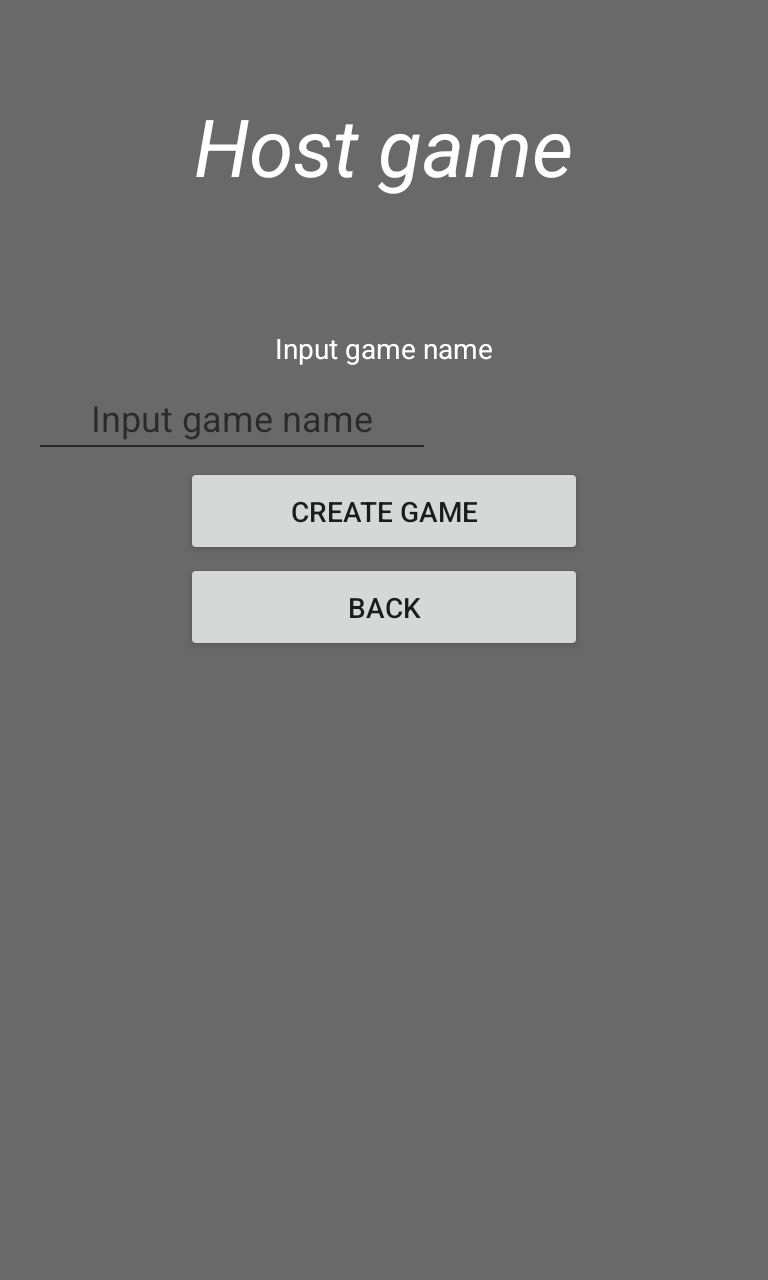
Repository: Hannanina/GuessTag
Layout: GuessTag/res/layout/activity_host.xml
An editor plug-in stored every save of this project. The layout is shown before and after the next save, followed by the edit.
It is drawn on a 768 x 1280 px phone screen (xhdpi) without system bars, with theme AppTheme; the app's code is not run.

Above is the layout before, as saved 2014-12-08 10:13:41.

After the next save:
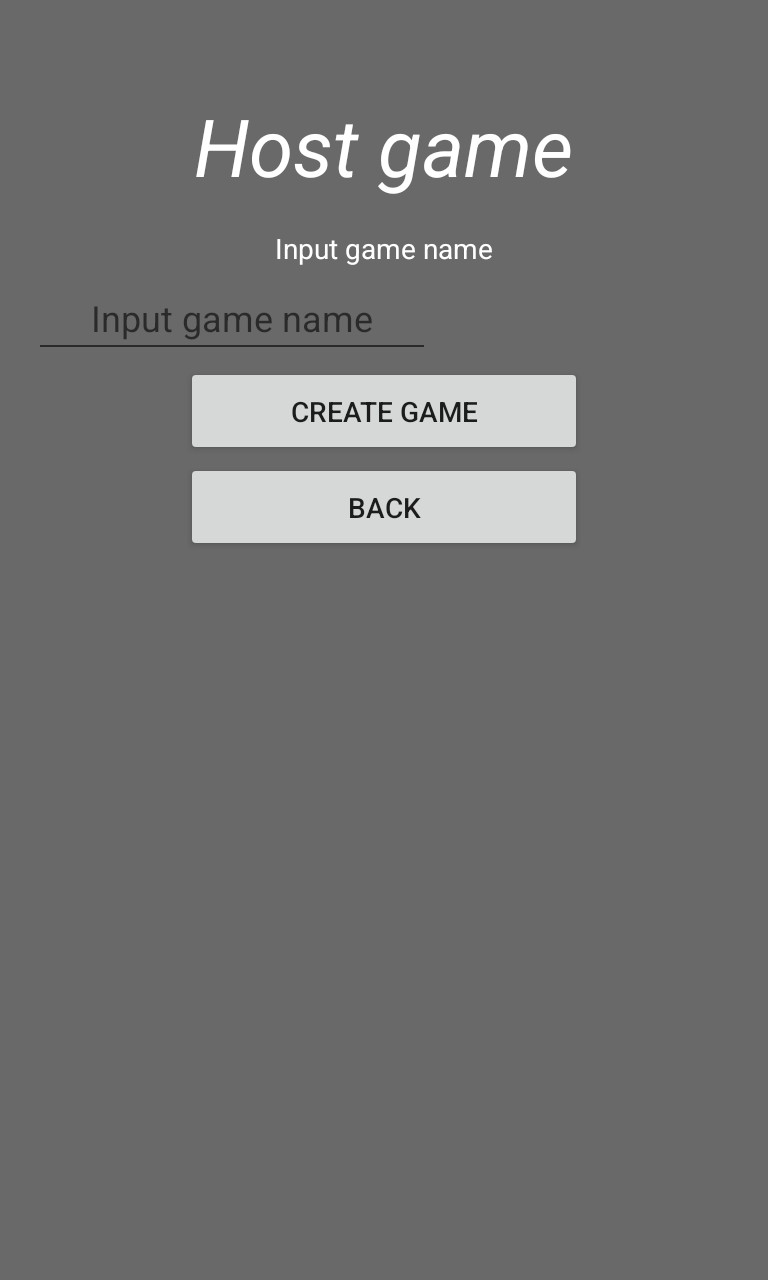
Saved 53 s later.
--- a/GuessTag/res/layout/activity_host.xml
+++ b/GuessTag/res/layout/activity_host.xml
@@ -25,7 +25,6 @@
 
     <TextView
         android:id="@+id/game_name_instruction"
-        android:layout_marginTop="50dp"
         android:layout_width="wrap_content"
 	    android:layout_height="wrap_content"
 	    android:layout_gravity="center"
